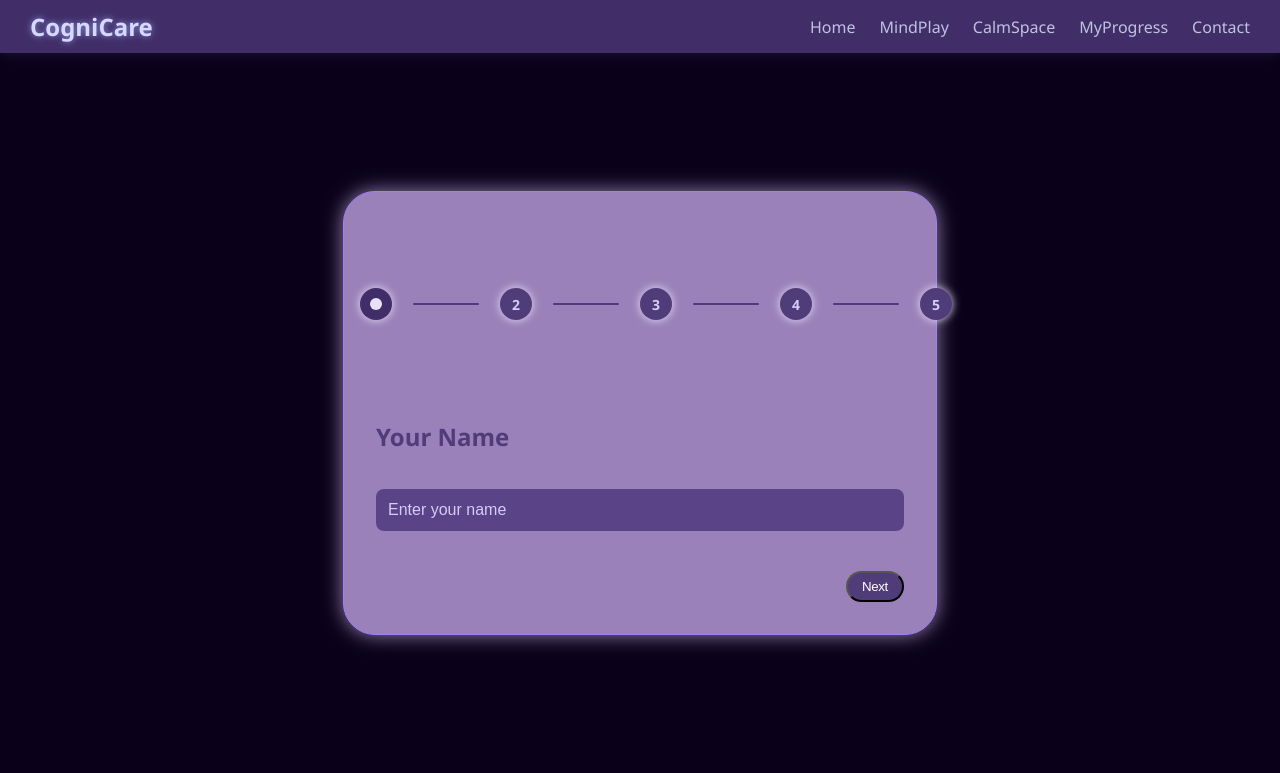
Repository: rujularaut/CogniCare
Page: /signup
The author's editor kept a copy of each file at every save. The page is drawn from the files as they stood at one save, then again after the next save.
The browser window is 1280 px wide. The pictures show the whole page.
The project was rebuilt for these pictures with package versions that can differ from the ones it lists, and the page was loaded fresh each time. Also part of the build but not shown: src/components/Welcome.css, src/components/Welcome.js, src/components/Particles.css, src/components/Particles.js, src/components/Meditation.css, src/components/Meditation.js, src/components/Signup.css, src/components/Signup.js and 2 more.

Above is the page before, as saved 2025-06-24 15:35:36.

### src/App.js
import React from 'react';
import { BrowserRouter as Router, Routes, Route } from 'react-router-dom';
import './App.css';
import Welcome from './components/Welcome';
import Meditation from './components/Meditation';
import Signup from './components/Signup'; // ✅ Confirm this file exists
import Login from './components/Login';
import SignupStepper from './components/SignupStepper';

function App() {
  return (
    <Router>
      <div className="App">
        <nav>
          <div className="logo">CogniCare</div>
          <ul>
            <li><a href="/">Home</a></li>
            <li><a href="#">MindPlay</a></li>
            <li><a href="#">CalmSpace</a></li>
            <li><a href="#">MyProgress</a></li>
            <li><a href="#">Contact</a></li>
          </ul>
        </nav>

        <Routes>
          <Route path="/" element={
            <>
              <header>
                <h1>Welcome to CogniCare</h1>
                <p>Your mental health companion</p>
              </header>
              <Welcome />
              <Meditation />
            </>
          } />
          <Route path="/signup" element={<SignupStepper />} />
          <Route path="/signup" element={<Signup />} />
          <Route path="/login" element={<Login />} />
        </Routes>
      </div>
    </Router>
  );
}

export default App;

### src/App.css
body {
  margin: 0;
  padding: 0;
  font-family: 'Segoe UI', sans-serif;
  background-color: #0a001a;
  color: #d6d8ff;
}

nav {
  background-color: #412e69;
  color: #d6d8ff;
  display: flex;
  justify-content: space-between;
  align-items: center;
  padding: 10px 30px;
  box-shadow: 0 0 15px #a9b0ff20;
}

.logo {
  font-size: 24px;
  font-weight: bold;
  color: #d6d8ff;
  text-shadow: 0 0 6px #8b92d7;
}

nav ul {
  list-style: none;
  display: flex;
  gap: 24px;
  margin: 0;
  padding: 0;
}

nav ul li a {
  text-decoration: none;
  color: #c0c2e0;
  font-weight: 500;
  transition: color 0.3s ease;
}

nav ul li a:hover {
  color: #f7c258;
  text-shadow: 0 0 6px #a9b0ff;
}

header {
  background-color: #513c7a;
  padding: 5px;
  text-align: center;
  border-bottom: 6px solid #25003e;
}

h1 {
  margin-bottom: 10px;
  font-size: 45px;
  color: #d6d8ff;
  text-shadow: 0 0 10px #6c72ac;
}

p {
  font-size: 17px;
  color: #d6d8ff;
}

### src/components/SignupStepper.js
import React, { useState } from 'react';
import Stepper, { Step } from './Stepper';
import './SignupStepper.css';

const SignupStepper = () => {
  const [formData, setFormData] = useState({
    name: '',
    age: '',
    email: '',
    password: '',
  });

  const handleChange = (e) => {
    setFormData((prev) => ({ ...prev, [e.target.name]: e.target.value }));
  };

  return (
    <div className="signup-container">
      <Stepper
        initialStep={1}
        onFinalStepCompleted={() => console.log('Form complete', formData)}
        nextButtonText="Next"
        backButtonText="Back"
      >
        <Step>
          <h2>Your Name</h2>
          <input
            name="name"
            type="text"
            placeholder="Enter your name"
            value={formData.name}
            onChange={handleChange}
            required
          />
        </Step>
        <Step>
          <h2>Your Age</h2>
          <input
            name="age"
            type="number"
            placeholder="Enter your age"
            value={formData.age}
            onChange={handleChange}
            required
          />
        </Step>
        <Step>
          <h2>Email ID</h2>
          <input
            name="email"
            type="email"
            placeholder="Enter your email"
            value={formData.email}
            onChange={handleChange}
            required
          />
        </Step>
        <Step>
          <h2>Create Password</h2>
          <input
            name="password"
            type="password"
            placeholder="Create password"
            value={formData.password}
            onChange={handleChange}
            required
          />
        </Step>
        <Step>
          <h2>All Set!</h2>
          <p>Welcome, {formData.name} 🎉</p>
          <p>Already have an account? <a href="/login">Login here</a></p>
        </Step>
      </Stepper>
    </div>
  );
};

export default SignupStepper;

### src/components/Stepper.jsx
import React, { useState, Children, useRef, useLayoutEffect } from "react";
import { motion, AnimatePresence } from "framer-motion";

import "./Stepper.css";

export default function Stepper({
  children,
  initialStep = 1,
  onStepChange = () => { },
  onFinalStepCompleted = () => { },
  stepCircleContainerClassName = "",
  stepContainerClassName = "",
  contentClassName = "",
  footerClassName = "",
  backButtonProps = {},
  nextButtonProps = {},
  backButtonText = "Back",
  nextButtonText = "Continue",
  disableStepIndicators = false,
  renderStepIndicator,
  ...rest
}) {
  const [currentStep, setCurrentStep] = useState(initialStep);
  const [direction, setDirection] = useState(0);
  const stepsArray = Children.toArray(children);
  const totalSteps = stepsArray.length;
  const isCompleted = currentStep > totalSteps;
  const isLastStep = currentStep === totalSteps;

  const updateStep = (newStep) => {
    setCurrentStep(newStep);
    if (newStep > totalSteps) {
      onFinalStepCompleted();
    } else {
      onStepChange(newStep);
    }
  };

  const handleBack = () => {
    if (currentStep > 1) {
      setDirection(-1);
      updateStep(currentStep - 1);
    }
  };

  const handleNext = () => {
    if (!isLastStep) {
      setDirection(1);
      updateStep(currentStep + 1);
    }
  };

  const handleComplete = () => {
    setDirection(1);
    updateStep(totalSteps + 1);
  };

  return (
    <div className="outer-container" {...rest}>
      <div className={`step-circle-container ${stepCircleContainerClassName}`}>
        <div className={`step-indicator-row ${stepContainerClassName}`}>
          {stepsArray.map((_, index) => {
            const stepNumber = index + 1;
            const isNotLastStep = index < totalSteps - 1;
            return (
              <React.Fragment key={stepNumber}>
                {renderStepIndicator ? (
                  renderStepIndicator({
                    step: stepNumber,
                    currentStep,
                    onStepClick: (clicked) => {
                      setDirection(clicked > currentStep ? 1 : -1);
                      updateStep(clicked);
                    },
                  })
                ) : (
                  <StepIndicator
                    step={stepNumber}
                    disableStepIndicators={disableStepIndicators}
                    currentStep={currentStep}
                    onClickStep={(clicked) => {
                      setDirection(clicked > currentStep ? 1 : -1);
                      updateStep(clicked);
                    }}
                  />
                )}
                {isNotLastStep && (
                  <StepConnector isComplete={currentStep > stepNumber} />
                )}
              </React.Fragment>
            );
          })}
        </div>

        <StepContentWrapper
          isCompleted={isCompleted}
          currentStep={currentStep}
          direction={direction}
          className={`step-content-default ${contentClassName}`}
        >
          {stepsArray[currentStep - 1]}
        </StepContentWrapper>

        {!isCompleted && (
          <div className={`footer-container ${footerClassName}`}>
            <div className={`footer-nav ${currentStep !== 1 ? "spread" : "end"}`}>
              {currentStep !== 1 && (
                <button
                  onClick={handleBack}
                  className={`back-button ${currentStep === 1 ? "inactive" : ""}`}
                  {...backButtonProps}
                >
                  {backButtonText}
                </button>
              )}
              <button
                onClick={isLastStep ? handleComplete : handleNext}
                className="next-button"
                {...nextButtonProps}
              >
                {isLastStep ? "Complete" : nextButtonText}
              </button>
            </div>
          </div>
        )}
      </div>
    </div>
  );
}

function StepContentWrapper({ isCompleted, currentStep, direction, children, className }) {
  const [parentHeight, setParentHeight] = useState(0);

  return (
    <motion.div
      className={className}
      style={{ position: "relative", overflow: "hidden" }}
      animate={{ height: isCompleted ? 0 : parentHeight }}
      transition={{ type: "spring", duration: 0.4 }}
    >
      <AnimatePresence initial={false} mode="sync" custom={direction}>
        {!isCompleted && (
          <SlideTransition key={currentStep} direction={direction} onHeightReady={(h) => setParentHeight(h)}>
            {children}
          </SlideTransition>
        )}
      </AnimatePresence>
    </motion.div>
  );
}

function SlideTransition({ children, direction, onHeightReady }) {
  const containerRef = useRef(null);

  useLayoutEffect(() => {
    if (containerRef.current) onHeightReady(containerRef.current.offsetHeight);
  }, [children, onHeightReady]);

  return (
    <motion.div
      ref={containerRef}
      custom={direction}
      variants={stepVariants}
      initial="enter"
      animate="center"
      exit="exit"
      transition={{ duration: 0.4 }}
      style={{ position: "absolute", left: 0, right: 0, top: 0 }}
    >
      {children}
    </motion.div>
  );
}

const stepVariants = {
  enter: (dir) => ({
    x: dir >= 0 ? "-100%" : "100%",
    opacity: 0,
  }),
  center: {
    x: "0%",
    opacity: 1,
  },
  exit: (dir) => ({
    x: dir >= 0 ? "50%" : "-50%",
    opacity: 0,
  }),
};

export function Step({ children }) {
  return <div className="step-default">{children}</div>;
}

function StepIndicator({ step, currentStep, onClickStep, disableStepIndicators }) {
  const status = currentStep === step ? "active" : currentStep < step ? "inactive" : "complete";

  const handleClick = () => {
    if (step !== currentStep && !disableStepIndicators) onClickStep(step);
  };

  return (
    <motion.div onClick={handleClick} className="step-indicator" animate={status} initial={false}>
      <motion.div
        variants={{
          inactive: { scale: 1, backgroundColor: "#513c7a", color: "#d7cbf9" },
          active: { scale: 1, backgroundColor: "#412e69", color: "#d7cbf9" },
          complete: { scale: 1, backgroundColor: "#412e69", color: "#d7cbf9" },
        }}
        transition={{ duration: 0.3 }}
        className="step-indicator-inner"
      >
        {status === "complete" ? (
          <CheckIcon className="check-icon" />
        ) : status === "active" ? (
          <div className="active-dot" />
        ) : (
          <span className="step-number">{step}</span>
        )}
      </motion.div>
    </motion.div>
  );
}

function StepConnector({ isComplete }) {
  const lineVariants = {
    incomplete: { width: 0, backgroundColor: "transparent" },
    complete: { width: "100%", backgroundColor: "#5227FF" },
  };

  return (
    <div className="step-connector">
      <motion.div
        className="step-connector-inner"
        variants={lineVariants}
        initial={false}
        animate={isComplete ? "complete" : "incomplete"}
        transition={{ duration: 0.4 }}
      />
    </div>
  );
}

function CheckIcon(props) {
  return (
    <svg {...props} fill="none" stroke="currentColor" strokeWidth={2} viewBox="0 0 24 24">
      <motion.path
        initial={{ pathLength: 0 }}
        animate={{ pathLength: 1 }}
        transition={{ delay: 0.1, type: "tween", ease: "easeOut", duration: 0.3 }}
        strokeLinecap="round"
        strokeLinejoin="round"
        d="M5 13l4 4L19 7"
      />
    </svg>
  );
}

### src/components/SignupStepper.css
.signup-container {
background: linear-gradient(to bottom right,  #ecdffd);
  color: #513c7a;
  min-height: 100vh;
  display: flex;
  justify-content: center;
  align-items: center;
}

input {
  width: 100%;
  padding: 12px;
  margin-top: 1em;
  border-radius: 8px;
  border: none;
  font-size: 16px;
  background-color: #5a4386;
  color: #d7cbf9;
}

input::placeholder {
  color: #d7cbf9;
}

### src/components/Stepper.css
.outer-container {
  display: flex;
  min-height: 100%;
  flex: 1 1 0%;
  flex-direction: column;
  align-items: center;
  justify-content: center;
  padding: 1rem;
}

@media (min-width: 640px) {
  .outer-container {
    aspect-ratio: 4 / 3;
  }
}

@media (min-width: 768px) {
  .outer-container {
    aspect-ratio: 2 / 1;
  }
}

.step-circle-container {
  margin-left: auto;
  margin-right: auto;
  width: 100%;
  max-width: 37rem;
  border-radius: 2rem;
  box-shadow: 0 20px 25px -5px rgba(207, 178, 246, 0.1),
    0 10px 10px -5px rgba(210, 198, 248, 0.04);
  background-color: #9a81b9;  /* soft purple or your choice */
  border: 1px solid #a27eff;
  box-shadow: 0 0 20px #9284aa;
}

.step-indicator-row {
  display: flex;
  width: 100%;
  align-items: center;
  justify-content: flex-start; /* 🔁 this aligns them to the left */
  padding: 6rem 3rem 5rem 1rem; /* 🔧 adjust as needed: top, right, bottom, left */
  gap: 0.5rem; /* adds spacing between circles */
}


.step-content-default {
  position: relative;
  overflow: hidden;
}

.step-default {
  padding-left: 2rem;
  padding-right: 3.5rem;
}

.footer-container {
  padding-left: 2rem;
  padding-right: 2rem;
  padding-bottom: 2rem;
}

.footer-nav {
  margin-top: 2.5rem;
  display: flex;
}

.footer-nav.spread {
  justify-content: space-between;
}

.footer-nav.end {
  justify-content: flex-end;
}

.back-button {
  transition: all 350ms;
  border-radius: 9999px;
  padding: 0.25rem 0.5rem;
  color: #513c7a;
  cursor: pointer ;
}

.back-button:hover {
  color: #513c7a;
}

.back-button.inactive {
  pointer-events: none;
  opacity: 0.5;
  color: #513c7a;
}

.next-button {
  transition: all 350ms;
  display: flex;
  align-items: center;
  justify-content: center;
  border-radius: 9999px;
  background-color: #513c7a;
  color: #fff;
  font-weight: 500;
  letter-spacing: -0.025em;
  padding: 0.375rem 0.875rem;
  cursor: pointer;
}

.next-button:hover {
  background-color: #3c256a;
}

.next-button:active {
  background-color: #513c7a;
}

.step-indicator {
  position: relative;
  cursor: pointer;
  outline: none;
}

.step-indicator-inner {
  display: flex;
  height: 2rem;
  width: 2rem;
  align-items: center;
  justify-content: center;
  border-radius: 9999px;
  font-weight: 600;
  background-color: #46a451; /* neon blue */
  color:#e8e2f9;
  box-shadow: 0 0 10px #e8e2f9;
}

.active-dot {
  height: 0.75rem;
  width: 0.75rem;
  border-radius: 9999px;
  background-color: #e8e2f9;
}

.step-number {
  font-size: 0.875rem;
}

.step-connector {
  position: relative;
  margin-left: 0.8rem;
  margin-right: 0.8rem;
  height: 0.125rem;
  flex: 1;
  overflow: hidden;
  border-radius: 0.25rem;
  background-color: #513c7a;
}

.step-connector-inner {
  position: absolute;
  left: 0;
  top: 0;
  height: 100%;
}

.check-icon {
  height: 1.5rem;
  width: 1.5rem;
  color: #e8e2f9;
}

Loaded but not shown: public/index.html (common file); src/index.js (common file); src/index.css (common file)

After the next save:
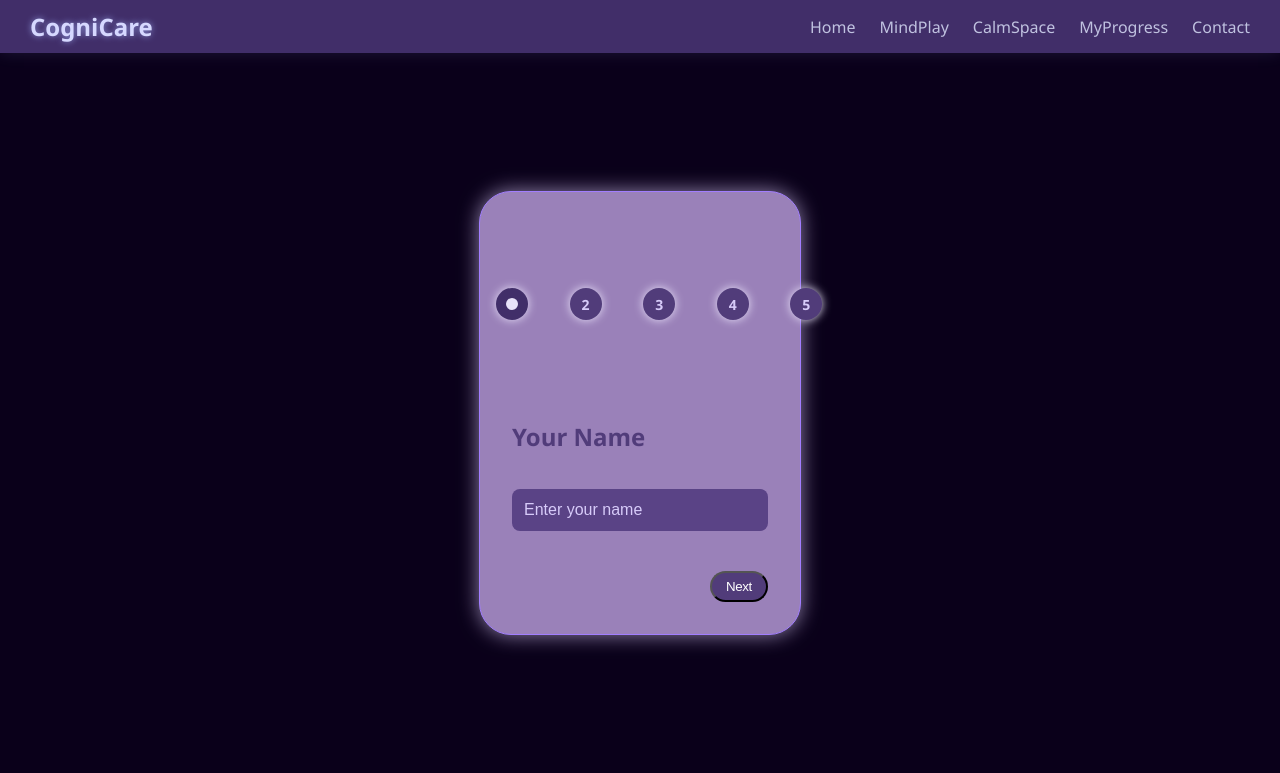
Saved 6 s later.
--- a/src/components/Stepper.css
+++ b/src/components/Stepper.css
@@ -24,7 +24,7 @@
   margin-left: auto;
   margin-right: auto;
   width: 100%;
-  max-width: 37rem;
+  max-width: 20rem;
   border-radius: 2rem;
   box-shadow: 0 20px 25px -5px rgba(207, 178, 246, 0.1),
     0 10px 10px -5px rgba(210, 198, 248, 0.04);
